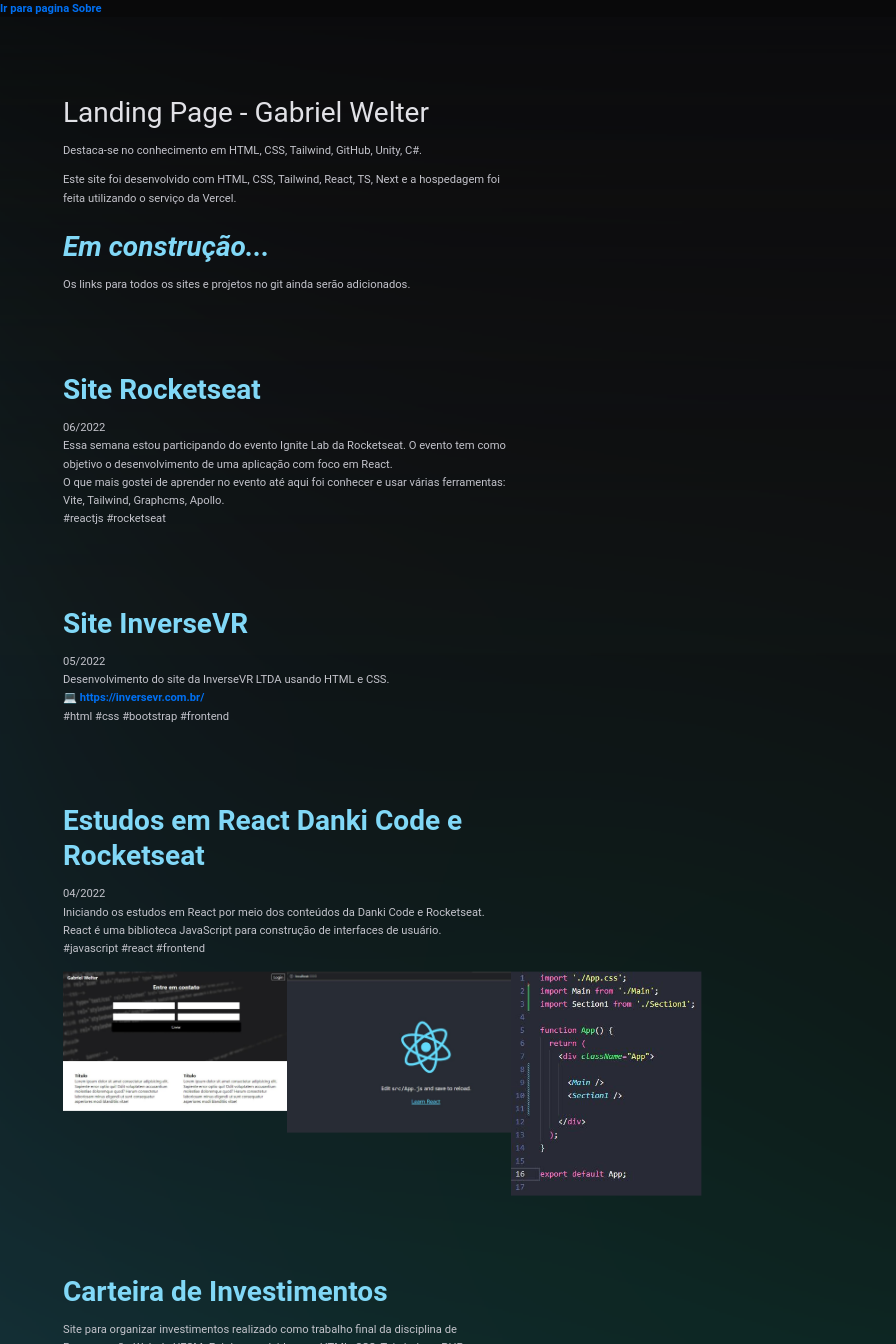
Repository: weltergab/test-next
Page: /
These files come from the project's save history. The page is drawn as it stood at one moment and after the next save; the edit follows.
The browser window is 1280 px wide. The pictures show the part of the page from y = 0 to 1920 px (the page is 2936 px tall before and 2986 px after), at 70% of full size.
The project was rebuilt for these pictures with package versions that can differ from the ones it lists, and the page was loaded fresh each time. The framework's server and built-in components were replaced by stand-ins that run in the browser. Also part of the build but not shown: next.config.js.

Above is the page before, as saved 2023-04-06 20:14:51.

After the next save:
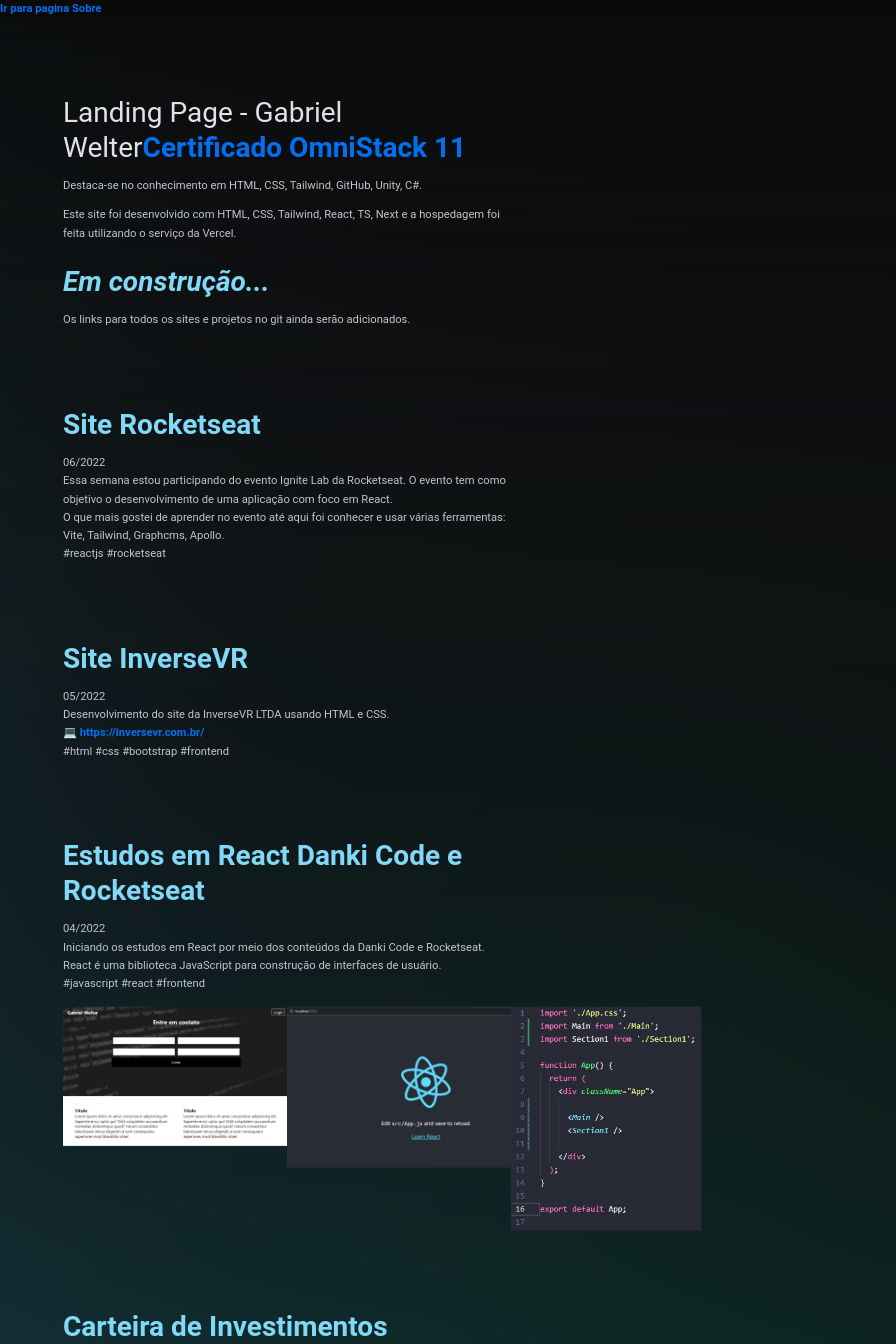
Saved 29 s later.
--- a/src/pages/index.tsx
+++ b/src/pages/index.tsx
@@ -57,6 +57,8 @@
 
                 <h1 className="mt-8 text-[2.5rem] leading-tight">
                   Landing Page - Gabriel Welter
+
+                  <a href='/assets/curriculo.pdf' target="_blank">Certificado OmniStack 11</a>
                 </h1>
                 <p className="mt-4 text-gray-200 leading-relaxed">
                   Destaca-se no conhecimento em HTML, CSS, Tailwind, GitHub, Unity, C#.
